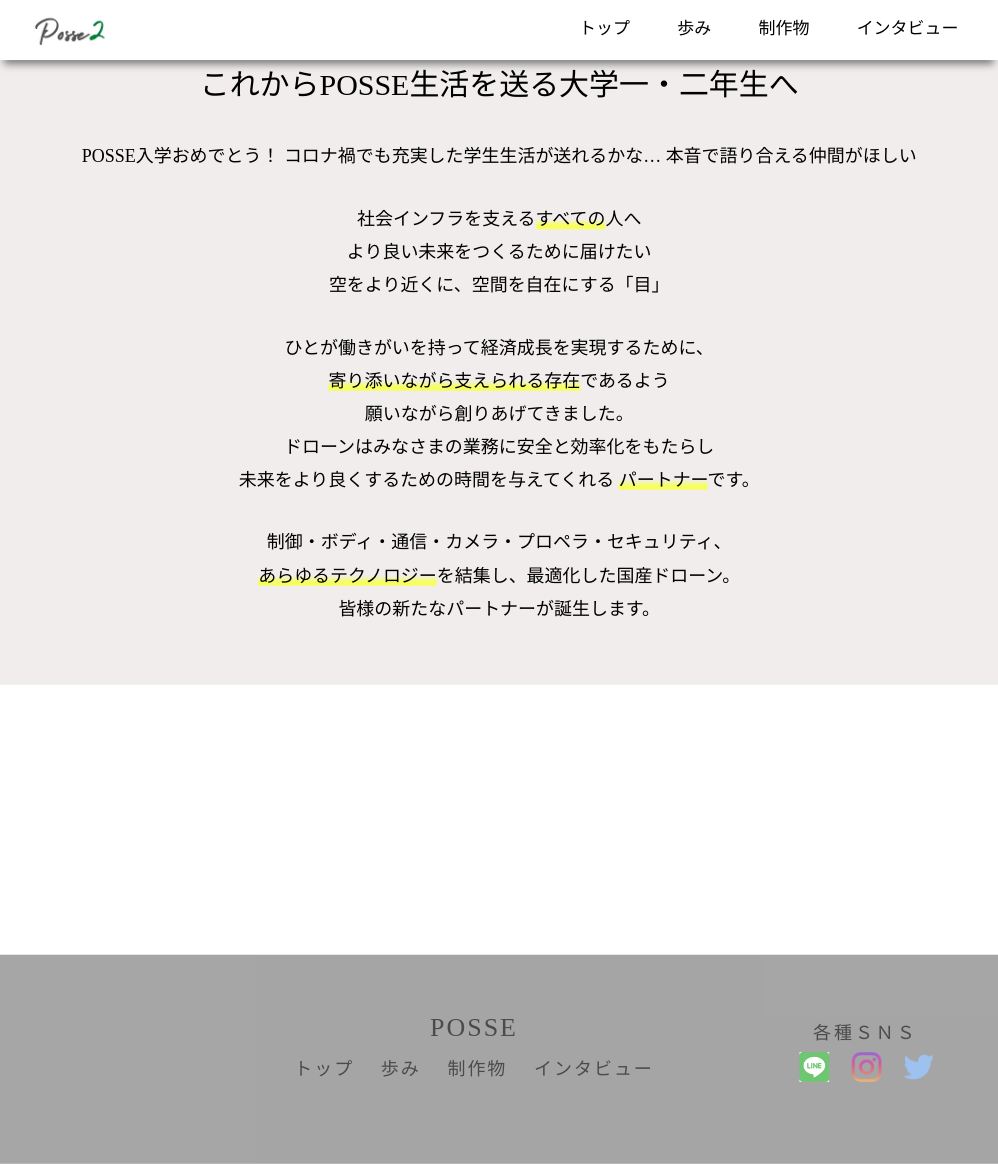
Repository: posse-ap/posse2-hackathon-202202-team2A
Page: topPage/index.html
These files come from the project's save history. The page is drawn as it stood at one moment and after a run of saves; the edit follows.
The browser window is 1280 px wide. The pictures show the whole page, at 78% of full size.

Above is the page before, as saved 2022-02-15 03:11:08.

After the next 2 saves:
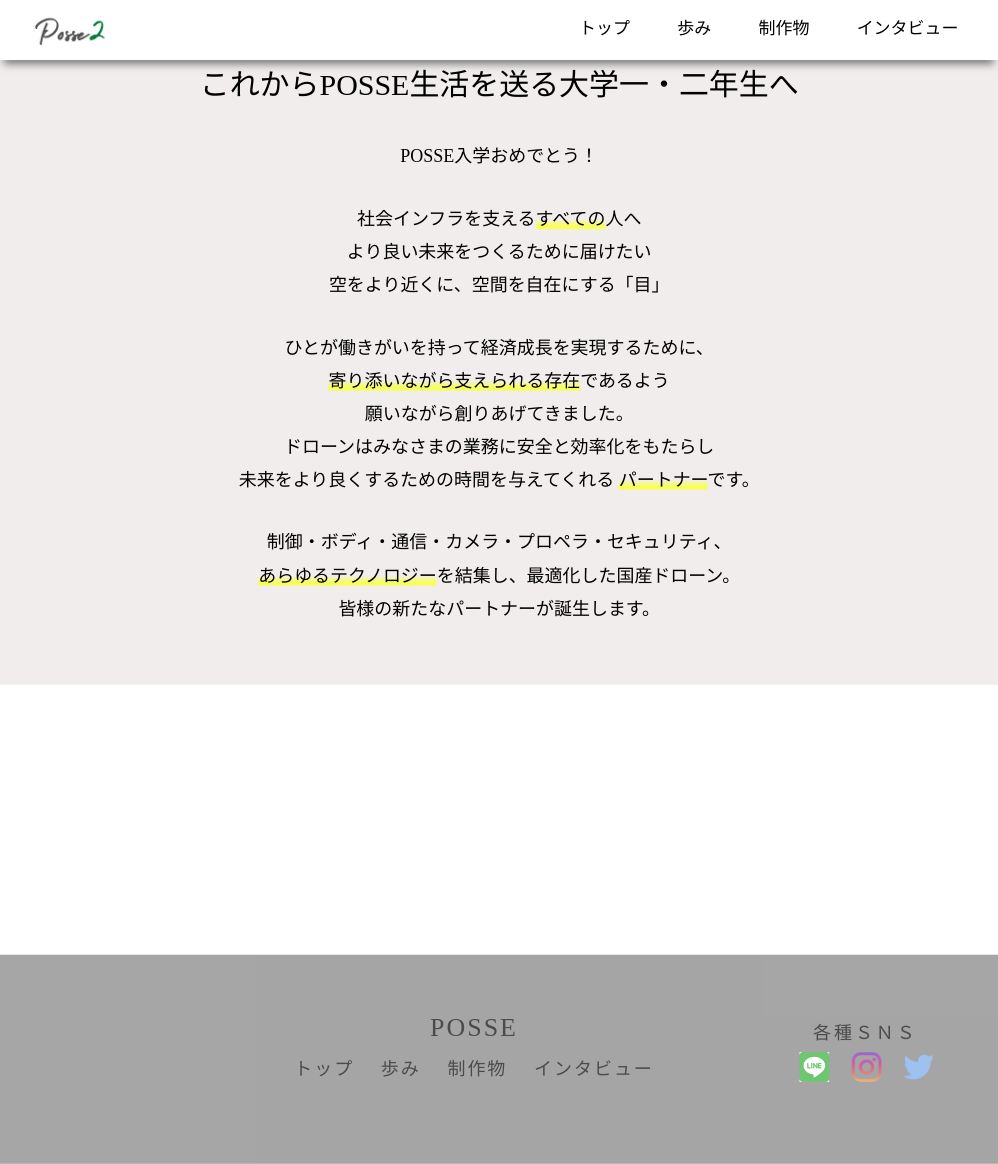
The 2 saves are shown as one change because they came seconds apart.
The last was saved 6 s later.
--- a/topPage/index.html
+++ b/topPage/index.html
@@ -64,11 +64,7 @@
     <section class="section">
         <div>
             <h2>これからPOSSE生活を送る大学一・二年生へ</h2>
-        <p>POSSE入学おめでとう！
-
-            コロナ禍でも充実した学生生活が送れるかな…
-            本音で語り合える仲間がほしい
-            </p>
+        <p>POSSE入学おめでとう！</p>
         <p>社会インフラを支える<span class="highlight">すべての</span>人へ<br>
             より良い未来をつくるために届けたい<br>
             空をより近くに、空間を自在にする「目」</p>
